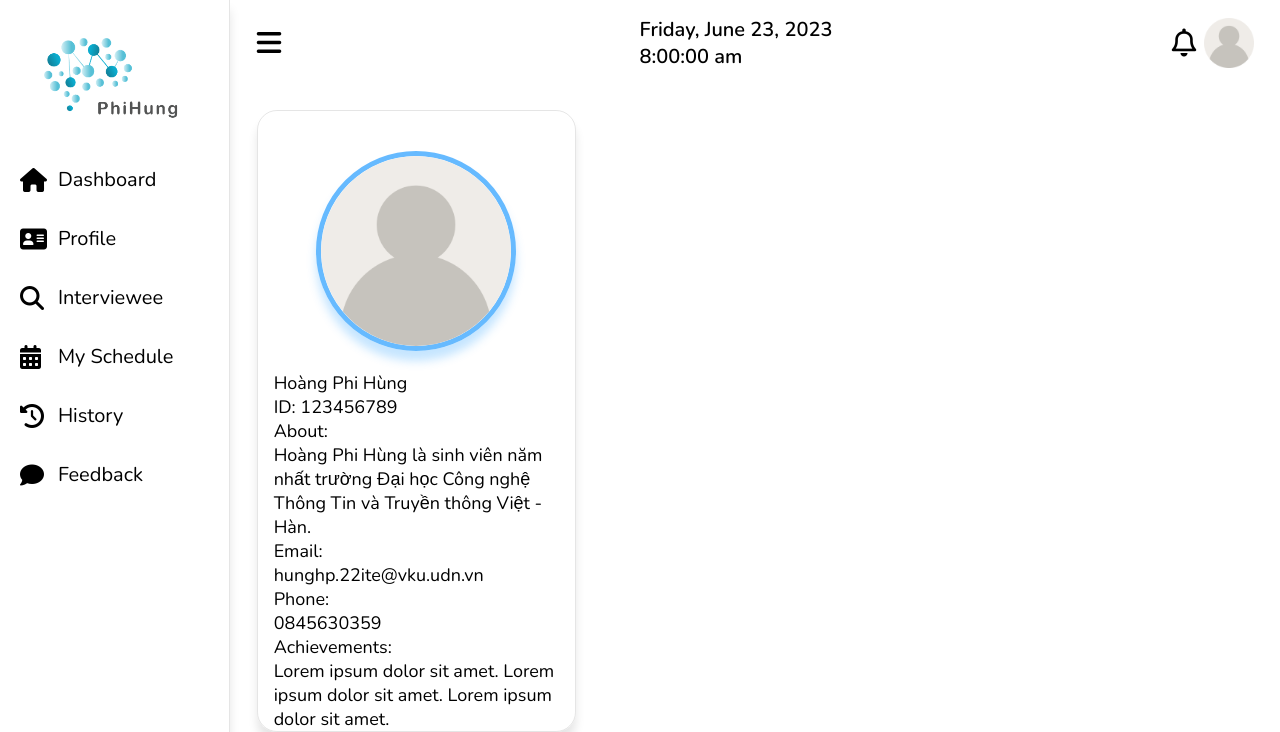
Repository: hphihungit/InterviewService
Page: interviewee.html
An editor plug-in stored every save of this project. The page is shown before and after the next save, followed by the edit.
The browser window is 1280 px wide. The pictures show the whole page.

Above is the page before, as saved 2023-05-31 23:28:00.

### interviewee.html
<!DOCTYPE html>
<html lang="en">
<head>
    <meta charset="UTF-8">
    <meta http-equiv="X-UA-Compatible" content="IE=edge">
    <meta name="viewport" content="width=device-width, initial-scale=1.0">
    <title>Document</title>
    <link rel="stylesheet" href="assets/css/grid.css">
    <link rel="stylesheet" href="assets/css/base.css">
    <link rel="stylesheet" href="https://cdnjs.cloudflare.com/ajax/libs/font-awesome/6.4.0/css/all.min.css" integrity="sha512-iecdLmaskl7CVkqkXNQ/ZH/XLlvWZOJyj7Yy7tcenmpD1ypASozpmT/E0iPtmFIB46ZmdtAc9eNBvH0H/ZpiBw==" crossorigin="anonymous" referrerpolicy="no-referrer"/>
    <link rel="preconnect" href="https://fonts.googleapis.com">
    <link rel="preconnect" href="https://fonts.gstatic.com" crossorigin>
    <link href="https://fonts.googleapis.com/css2?family=Nunito:wght@200;300;400;500;600;700;800;900;1000&display=swap" rel="stylesheet">
    <link rel="stylesheet" href="assets/css/interviewee.css">
</head>
<body>
    <div id="main">
        <div class="dashboard">
            <div class="dashboard__logo"></div>
            <ul class="dashboard__list">
                <li class="dashboard__item">
                    <a href="" class="icon__link">
                        <i class="fa-solid fa-house"></i>
                    </a>
                    <a href="" class="link">Dashboard</a>
                </li>
                <li class="dashboard__item">
                    <a href="" class="icon__link">
                        <i class="fa-solid fa-address-card"></i>
                    </a>
                    <a href="" class="link">Profile</a>
                </li>
                <li class="dashboard__item">
                    <a href="" class="icon__link">
                        <i class="fa-solid fa-magnifying-glass"></i>
                    </a>
                    <a href="" class="link">Interviewee</a>
                </li>
                <li class="dashboard__item">
                    <a href="" class="icon__link">
                        <i class="fa-solid fa-calendar-days"></i>
                    </a>
                    <a href="" class="link">My Schedule</a>
                </li>
                <li class="dashboard__item">
                    <a href="" class="icon__link">
                        <i class="fa-solid fa-clock-rotate-left"></i>
                    </a>
                    <a href="" class="link">History</a>
                </li>
                <li class="dashboard__item">
                    <a href="" class="icon__link">
                        <i class="fa-solid fa-comment"></i>
                    </a>
                    <a href="" class="link">Feedback</a>
                </li>
            </ul>
        </div>

        <div class="container">
            <div class="header">
                <div class="header__icon">
                    <label class="fa-solid fa-bars header__label"></label>
                </div>

                <div class="header__time">
                    Friday, June 23, 2023 8:00:00 am
                </div>

                <div class="header__news">
                    <label class="fa-regular fa-bell header__label--bell"></label>
                    <div class="header__avatar">
                        <img src="assets/img/user.png" alt="">
                    </div>
                </div>
            </div>

            <div class="about">
                <div class="cv">
                    <div class="cv__avatar">
                        <img src="assets/img/user.png" alt="">
                    </div>

                    <div class="cv__name">
                        <p class="cv__name--interviewee">Hoàng Phi Hùng</p>
                        <p class="cv__id">ID: 123456789</p>
                    </div>

                    <div class="cv__about">
                        <p class="cv__about--title">About: </p>
                        <p class="cv__about--content">
                            Hoàng Phi Hùng là sinh viên năm nhất trường Đại học Công nghệ Thông Tin và Truyền thông Việt - Hàn.
                        </p>
                    </div>

                    <div class="cv__email">
                        <p class="cv__email--title">Email: </p>
                        <p class="cv__email--content">hunghp.22ite@vku.udn.vn</p>
                    </div>

                    <div class="cv__phone">
                        <p class="cv__phone--title">Phone: </p>
                        <p class="cv__phone--content">0845630359</p>
                    </div>

                    <div class="cv__info">
                        <p class="cv__info--title">Achievements: </p>
                        <p class="cv__info--content">
                            Lorem ipsum dolor sit amet.
                            Lorem ipsum dolor sit amet.
                            Lorem ipsum dolor sit amet.
                        </p>
                    </div>
                </div>

                <div class="info">

                </div>
            </div>
        </div>
    </div>
</body>
</html>

### assets/css/grid.css
.grid {
    width: 90%;
    display: block;
    padding: 0;
    margin: 0 auto;
}

.row {
    display: flex;
    flex-wrap: wrap;
    margin-left: -4px;
    margin-right: -4px;
}

.row.no-gutters {
    margin-left: 0;
    margin-right: 0;
}

.col {
    padding-left: 4px;
    padding-right: 4px;
}

.row.no-gutters .col {
    padding-left: 0;
    padding-right: 0;
}

.c-0 {
    display: none;
}

.c-1 {
    flex: 0 0 8.33333%;
    max-width: 8.33333%;
}

.c-2 {
    flex: 0 0 16.66667%;
    max-width: 16.66667%;
}

.c-3 {
    flex: 0 0 25%;
    max-width: 25%;
}

.c-4 {
    flex: 0 0 33.33333%;
    max-width: 33.33333%;
}

.c-5 {
    flex: 0 0 41.66667%;
    max-width: 41.66667%;
}

.c-6 {
    flex: 0 0 50%;
    max-width: 50%;
}

.c-7 {
    flex: 0 0 58.33333%;
    max-width: 58.33333%;
}

.c-8 {
    flex: 0 0 66.66667%;
    max-width: 66.66667%;
}

.c-9 {
    flex: 0 0 75%;
    max-width: 75%;
}

.c-10 {
    flex: 0 0 83.33333%;
    max-width: 83.33333%;
}

.c-11 {
    flex: 0 0 91.66667%;
    max-width: 91.66667%;
}

.c-12 {
    flex: 0 0 100%;
    max-width: 100%;
}

.c-o-1 {
    margin-left: 8.33333%;
}

.c-o-2 {
    margin-left: 16.66667%;
}

.c-o-3 {
    margin-left: 25%;
}

.c-o-4 {
    margin-left: 33.33333%;
}

.c-o-5 {
    margin-left: 41.66667%;
}

.c-o-6 {
    margin-left: 50%;
}

.c-o-7 {
    margin-left: 58.33333%;
}

.c-o-8 {
    margin-left: 66.66667%;
}

.c-o-9 {
    margin-left: 75%;
}

.c-o-10 {
    margin-left: 83.33333%;
}

.c-o-11 {
    margin-left: 91.66667%;
}

/* >= Tablet */
@media (min-width: 740px) {
    .row {
        margin-left: -8px;
        margin-right: -8px;
    }

    .col {
        padding-left: 8px;
        padding-right: 8px;
    }

    .m-0 {
        display: none;
    }

    .m-1,
    .m-2,
    .m-3,
    .m-4,
    .m-5,
    .m-6,
    .m-7,
    .m-8,
    .m-9,
    .m-10,
    .m-11,
    .m-12 {
        display: block;
    }

    .m-1 {
        flex: 0 0 8.33333%;
        max-width: 8.33333%;
    }

    .m-2 {
        flex: 0 0 16.66667%;
        max-width: 16.66667%;
    }

    .m-3 {
        flex: 0 0 25%;
        max-width: 25%;
    }

    .m-4 {
        flex: 0 0 33.33333%;
        max-width: 33.33333%;
    }

    .m-5 {
        flex: 0 0 41.66667%;
        max-width: 41.66667%;
    }

    .m-6 {
        flex: 0 0 50%;
        max-width: 50%;
    }

    .m-7 {
        flex: 0 0 58.33333%;
        max-width: 58.33333%;
    }

    .m-8 {
        flex: 0 0 66.66667%;
        max-width: 66.66667%;
    }

    .m-9 {
        flex: 0 0 75%;
        max-width: 75%;
    }

    .m-10 {
        flex: 0 0 83.33333%;
        max-width: 83.33333%;
    }

    .m-11 {
        flex: 0 0 91.66667%;
        max-width: 91.66667%;
    }

    .m-12 {
        flex: 0 0 100%;
        max-width: 100%;
    }

    .m-o-1 {
        margin-left: 8.33333%;
    }

    .m-o-2 {
        margin-left: 16.66667%;
    }

    .m-o-3 {
        margin-left: 25%;
    }

    .m-o-4 {
        margin-left: 33.33333%;
    }

    .m-o-5 {
        margin-left: 41.66667%;
    }

    .m-o-6 {
        margin-left: 50%;
    }

    .m-o-7 {
        margin-left: 58.33333%;
    }

    .m-o-8 {
        margin-left: 66.66667%;
    }

    .m-o-9 {
        margin-left: 75%;
    }

    .m-o-10 {
        margin-left: 83.33333%;
    }

    .m-o-11 {
        margin-left: 91.66667%;
    }
}

/* PC medium resolution > */
@media (min-width: 1113px) {
    .row {
        margin-left: -12px;
        margin-right: -12px;
    }

    .row.sm-gutter {
        margin-left: -5px;
        margin-right: -5px;
    }

    .col {
        padding-left: 12px;
        padding-right: 12px;
    }

    .row.sm-gutter .col {
        padding-left: 5px;
        padding-right: 5px;
    }

    .l-0 {
        display: none;
    }

    .l-1,
    .l-2,
    .l-2-4,
    .l-3,
    .l-4,
    .l-5,
    .l-6,
    .l-7,
    .l-8,
    .l-9,
    .l-10,
    .l-11,
    .l-12 {
        display: block;
    }

    .l-1 {
        flex: 0 0 8.33333%;
        max-width: 8.33333%;
    }

    .l-2 {
        flex: 0 0 16.66667%;
        max-width: 16.66667%;
    }

    .l-2-4 {
        flex: 0 0 20%;
        max-width: 20%;
    }

    .l-3 {
        flex: 0 0 25%;
        max-width: 25%;
    }

    .l-4 {
        flex: 0 0 33.33333%;
        max-width: 33.33333%;
    }

    .l-5 {
        flex: 0 0 41.66667%;
        max-width: 41.66667%;
    }

    .l-6 {
        flex: 0 0 50%;
        max-width: 50%;
    }

    .l-7 {
        flex: 0 0 58.33333%;
        max-width: 58.33333%;
    }

    .l-8 {
        flex: 0 0 66.66667%;
        max-width: 66.66667%;
    }

    .l-9 {
        flex: 0 0 75%;
        max-width: 75%;
    }

    .l-10 {
        flex: 0 0 83.33333%;
        max-width: 83.33333%;
    }

    .l-11 {
        flex: 0 0 91.66667%;
        max-width: 91.66667%;
    }

    .l-12 {
        flex: 0 0 100%;
        max-width: 100%;
    }

    .l-o-1 {
        margin-left: 8.33333%;
    }

    .l-o-2 {
        margin-left: 16.66667%;
    }

    .l-o-3 {
        margin-left: 25%;
    }

    .l-o-4 {
        margin-left: 33.33333%;
    }

    .l-o-5 {
        margin-left: 41.66667%;
    }

    .l-o-6 {
        margin-left: 50%;
    }

    .l-o-7 {
        margin-left: 58.33333%;
    }

    .l-o-8 {
        margin-left: 66.66667%;
    }

    .l-o-9 {
        margin-left: 75%;
    }

    .l-o-10 {
        margin-left: 83.33333%;
    }

    .l-o-11 {
        margin-left: 91.66667%;
    }
}

/* Tablet - PC low resolution */
@media (min-width: 740px) and (max-width: 1023px) {
    .wide {
        width: 644px;
    }
}

/* > PC low resolution */
@media (min-width: 1024px) and (max-width: 1239px) {
    .wide {
        width: 984px;
    }

    .wide .row {
        margin-left: -12px;
        margin-right: -12px;
    }

    .wide .row.sm-gutter {
        margin-left: -5px;
        margin-right: -5px;
    }

    .wide .col {
        padding-left: 12px;
        padding-right: 12px;
    }

    .wide .row.sm-gutter .col {
        padding-left: 5px;
        padding-right: 5px;
    }

    .wide .l-0 {
        display: none;
    }

    .wide .l-1,
    .wide .l-2,
    .wide .l-2-4,
    .wide .l-3,
    .wide .l-4,
    .wide .l-5,
    .wide .l-6,
    .wide .l-7,
    .wide .l-8,
    .wide .l-9,
    .wide .l-10,
    .wide .l-11,
    .wide .l-12 {
        display: block;
    }

    .wide .l-1 {
        flex: 0 0 8.33333%;
        max-width: 8.33333%;
    }

    .wide .l-2 {
        flex: 0 0 16.66667%;
        max-width: 16.66667%;
    }

    .wide .l-2-4 {
        flex: 0 0 20%;
        max-width: 20%;
    }

    .wide .l-3 {
        flex: 0 0 25%;
        max-width: 25%;
    }

    .wide .l-4 {
        flex: 0 0 33.33333%;
        max-width: 33.33333%;
    }

    .wide .l-5 {
        flex: 0 0 41.66667%;
        max-width: 41.66667%;
    }

    .wide .l-6 {
        flex: 0 0 50%;
        max-width: 50%;
    }

    .wide .l-7 {
        flex: 0 0 58.33333%;
        max-width: 58.33333%;
    }

    .wide .l-8 {
        flex: 0 0 66.66667%;
        max-width: 66.66667%;
    }

    .wide .l-9 {
        flex: 0 0 75%;
        max-width: 75%;
    }

    .wide .l-10 {
        flex: 0 0 83.33333%;
        max-width: 83.33333%;
    }

    .wide .l-11 {
        flex: 0 0 91.66667%;
        max-width: 91.66667%;
    }

    .wide .l-12 {
        flex: 0 0 100%;
        max-width: 100%;
    }

    .wide .l-o-1 {
        margin-left: 8.33333%;
    }

    .wide .l-o-2 {
        margin-left: 16.66667%;
    }

    .wide .l-o-3 {
        margin-left: 25%;
    }

    .wide .l-o-4 {
        margin-left: 33.33333%;
    }

    .wide .l-o-5 {
        margin-left: 41.66667%;
    }

    .wide .l-o-6 {
        margin-left: 50%;
    }

    .wide .l-o-7 {
        margin-left: 58.33333%;
    }

    .wide .l-o-8 {
        margin-left: 66.66667%;
    }

    .wide .l-o-9 {
        margin-left: 75%;
    }

    .wide .l-o-10 {
        margin-left: 83.33333%;
    }

    .wide .l-o-11 {
        margin-left: 91.66667%;
    }
}

### assets/css/base.css
:root {
    --white-color: #fff;
    --black-color: #000;
    --blue-color : #40a9ff;
    --text-color: #8f8f8f;
    --scale: 1px;
}

* {
    padding: 0;
    margin: 0;
    box-sizing: border-box;
    text-decoration: none;
    list-style-type: none;
}

html, body {
    font-size: 18px;
    font-family: 'Nunito', sans-serif;
    scroll-behavior: smooth;
}

### assets/css/interviewee.css
#main {
    width: 100%;
    display: flex;
}

.dashboard {
    width: 18%;
    min-height: 0;
    border-right: 1px solid rgba(0, 0, 0, 0.1);
    box-shadow: 0 10px 10px rgba(0, 0, 0, 0.1);
}

.dashboard__logo {
    width: 100%;
    height: 150px;
    background-image: url('../img/logo.png');
    background-repeat: no-repeat;
    background-size: 50%;
    background-size: 62%;
    background-position: 50% 85%;
}

.dashboard__list {
    width: 100%;
}

.dashboard__item {
    border-radius: 25px 0 0 25px;
    display: flex;
    width: 100%;
    padding: 0px 20px;
}

.dashboard__item:hover {
    background-color: var(--blue-color);
}

.dashboard__item:hover .link,
.dashboard__item:hover .icon__link {
    color: #fff;
}

.icon__link {
    display: flex;
    align-items: center;
    width: 20%;
    font-size: 24px;
    color: #000;
}

.link {
    display: inline-block;
    width: 80%;
    font-size: 20px;
    padding: 16px 0px;
    color: #000;
}

.container {
    width: 82%;
}

.header {
    width: 95%;
    margin: 0 auto;
    display: flex;
    justify-content: space-between;
    margin-top: 16px;
}

.header__icon {
    width: 50%;
    display: flex;
    justify-content: space-between;
    align-items: center;
}

.header__label {
    font-size: 28px;
}

.header__time {
    font-size: 20px;
    font-weight: 600;
}

.header__news {
    width: 50%;
    display: flex;
    justify-content: flex-end;
    align-items: center;
}

.header__label--bell {
    font-size: 28px;
    position: relative;
}

.header__avatar {
    width: 15%;
    display: flex;
    justify-content: flex-end;
    align-items: center;
}

.header__avatar img {
    width: 50px;
    height: 50px;
}

.about {
    display: flex;
    width: 95%;
    margin: 0 auto;
    margin-top: 40px;
}

.cv {
    width: 32%;
    border: 1px solid rgba(0, 0, 0, 0.1);
    border-radius: 20px;
    box-shadow: 0 10px 10px rgba(0, 0, 0, 0.1);
    padding: 0px 16px;
}

.cv__avatar {
    width: 100%;
    display: flex;
    justify-content: center;
    align-items: center;
    padding: 20px 0px;
    padding-top: 40px;
}

.cv__avatar img {
    width: 200px;
    height: 200px;
    border: 5px solid rgba(64, 169, 255, 0.8);
    border-radius: 50%;
    box-shadow: 0 10px 10px rgba(64, 169, 255, 0.3);;
}

.cv__name,
.cv__about,
.cv__email,
.cv__phone,
.cv__info {
    width: 100%;
}

After the next save:
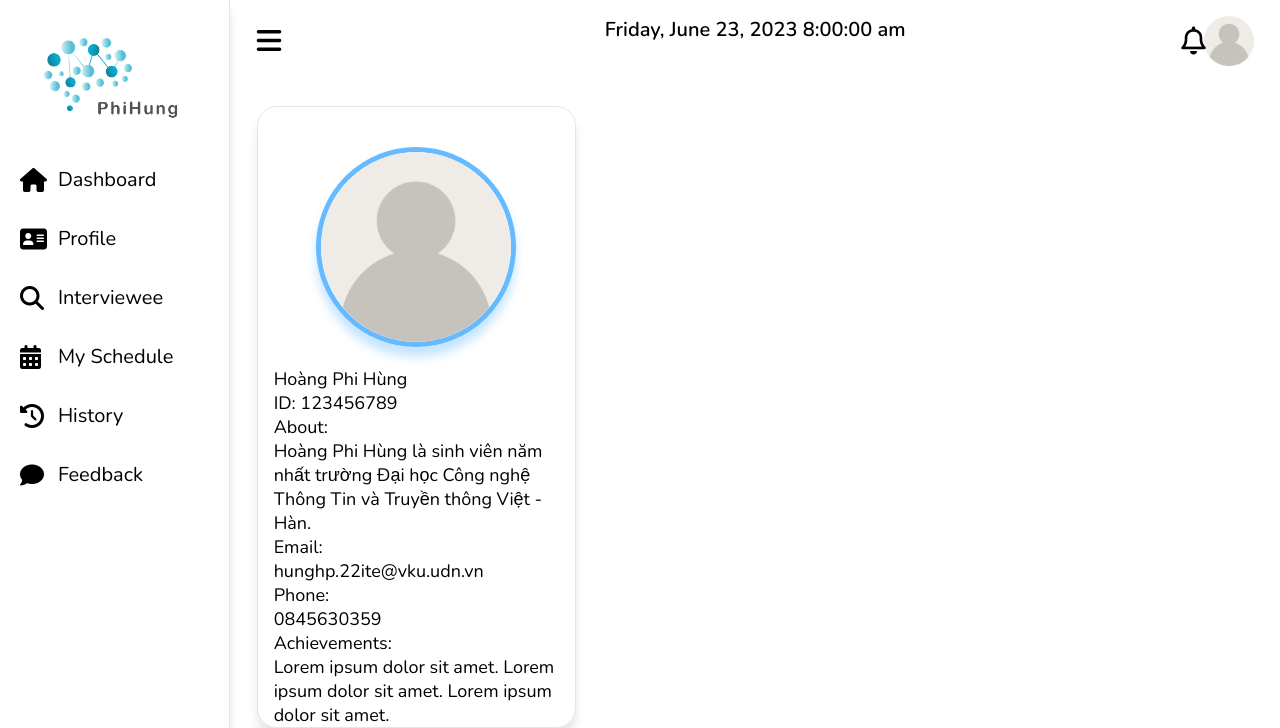
Saved 33 s later.
--- a/assets/css/interviewee.css
+++ b/assets/css/interviewee.css
@@ -69,7 +69,7 @@
 }
 
 .header__icon {
-    width: 50%;
+    width: 32%;
     display: flex;
     justify-content: space-between;
     align-items: center;
@@ -80,12 +80,14 @@
 }
 
 .header__time {
+    width: 32%;
+    text-align: center;
     font-size: 20px;
     font-weight: 600;
 }
 
 .header__news {
-    width: 50%;
+    width: 32%;
     display: flex;
     justify-content: flex-end;
     align-items: center;
